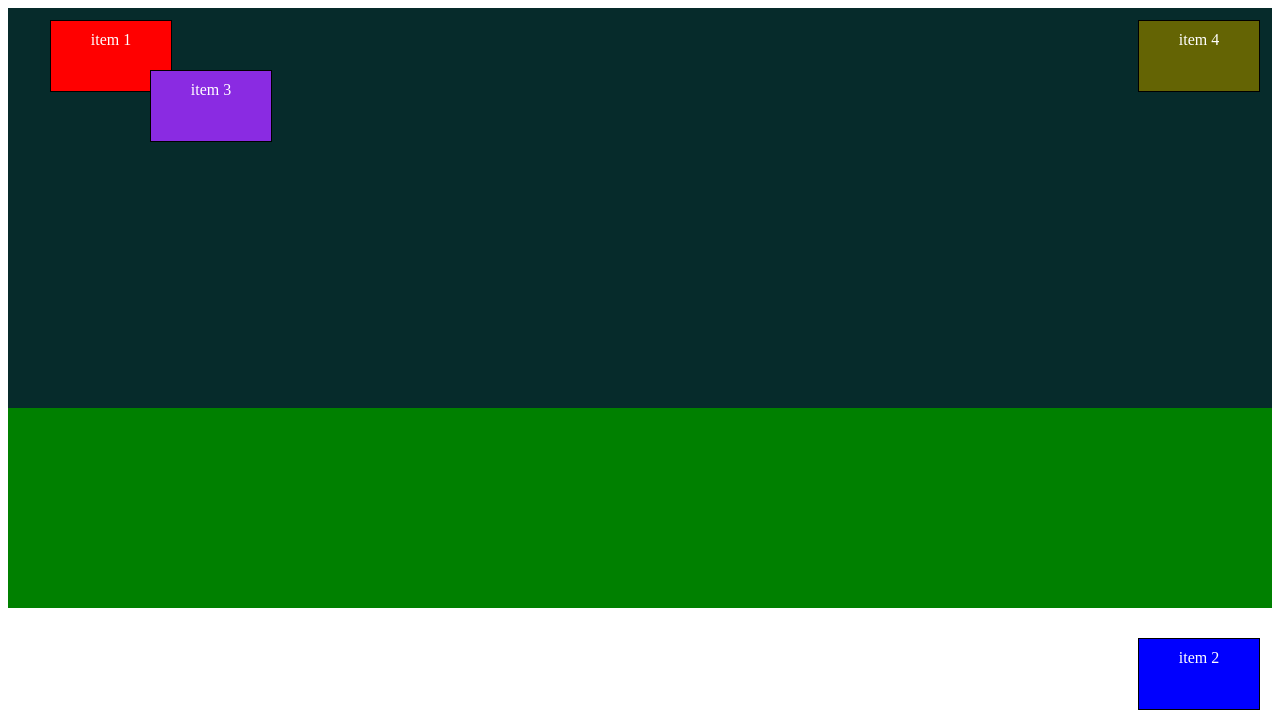
Repository: nmaury/TpsCambodge
Page: InternetProgramming/Css/sample.html
These files come from the project's save history. The page is drawn as it stood at one moment and after the next save; the edit follows.
The browser window is 1280 px wide. The pictures show the whole page.

Above is the page before, as saved 2022-12-06 02:49:36.

After the next save:
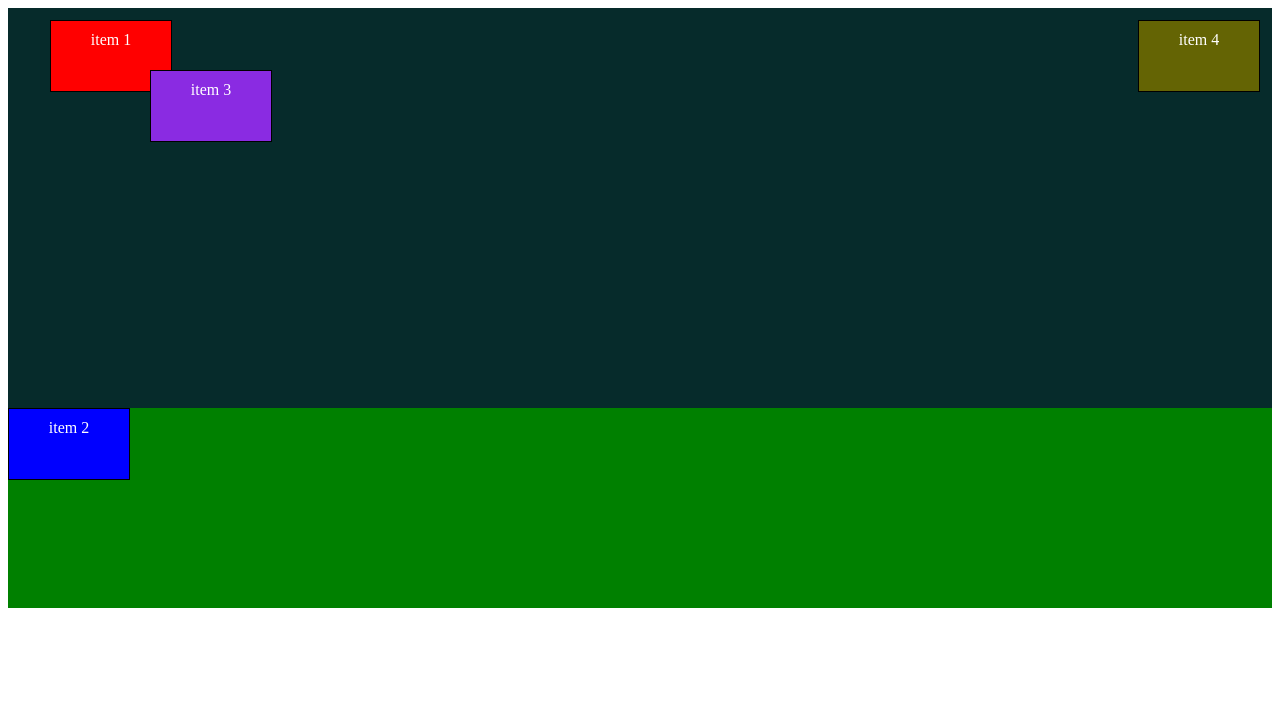
Saved 10 s later.
--- a/InternetProgramming/Css/sample.css
+++ b/InternetProgramming/Css/sample.css
@@ -15,8 +15,6 @@
 }
 .item2{
     background-color: blue;
-    right: 20px;
-    bottom: 10px;
     position: flex;
     align-self: flex-end;
 }
